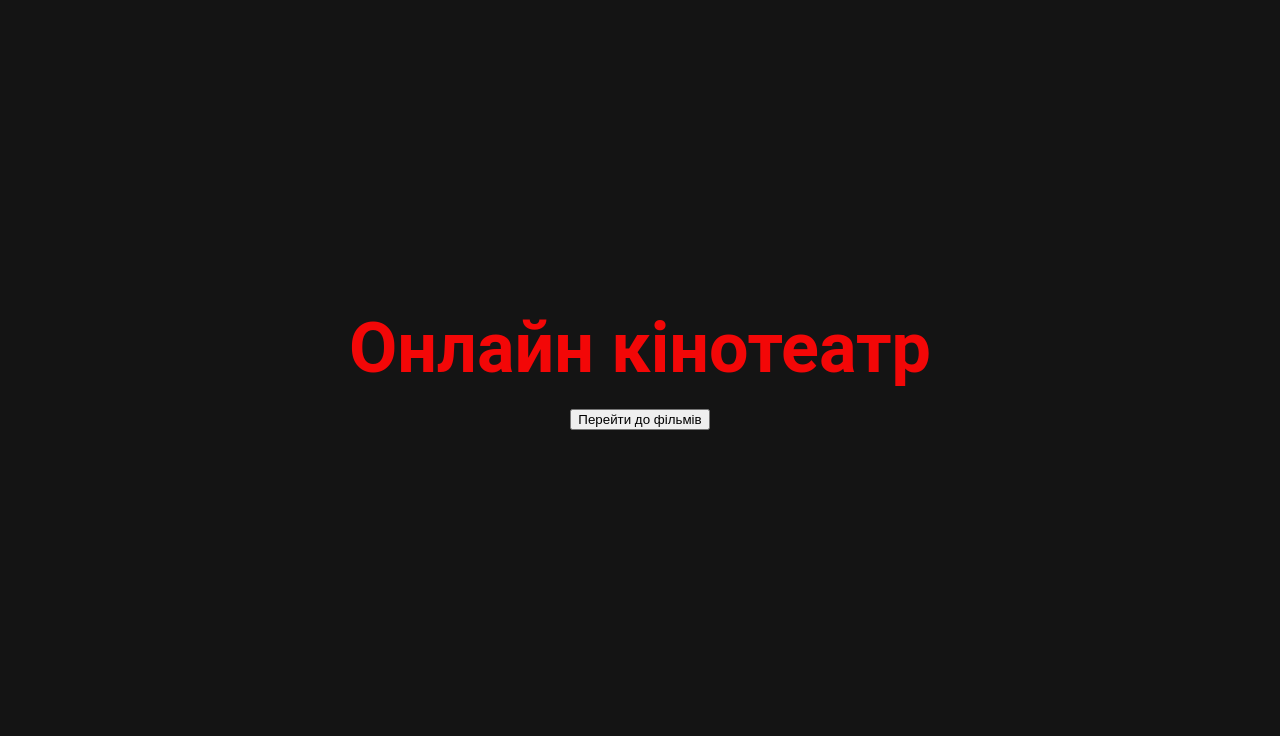
Repository: Heesemachine/VUEProject
Page: / (app in Vue/)
An editor plug-in stored every save of this project. The page is shown before and after the next save, followed by the edit.
The browser window is 1280 px wide. The pictures show the whole page.
The project was rebuilt for these pictures with package versions that can differ from the ones it lists, and the page was loaded fresh each time. Also part of the build but not shown: Vue/vue.config.js, Vue/src/components/FilmCard.vue, Vue/src/mocks/films.js, Vue/src/pages/AllFilmsPage.vue, Vue/src/pages/FilmPage.vue, Vue/src/components/MainHeader.vue, Vue/src/pages/FilmsLayout.vue, Vue/src/pages/NotFoundPage.vue.

Above is the page before, as saved 2022-11-06 22:52:00.

After the next save:
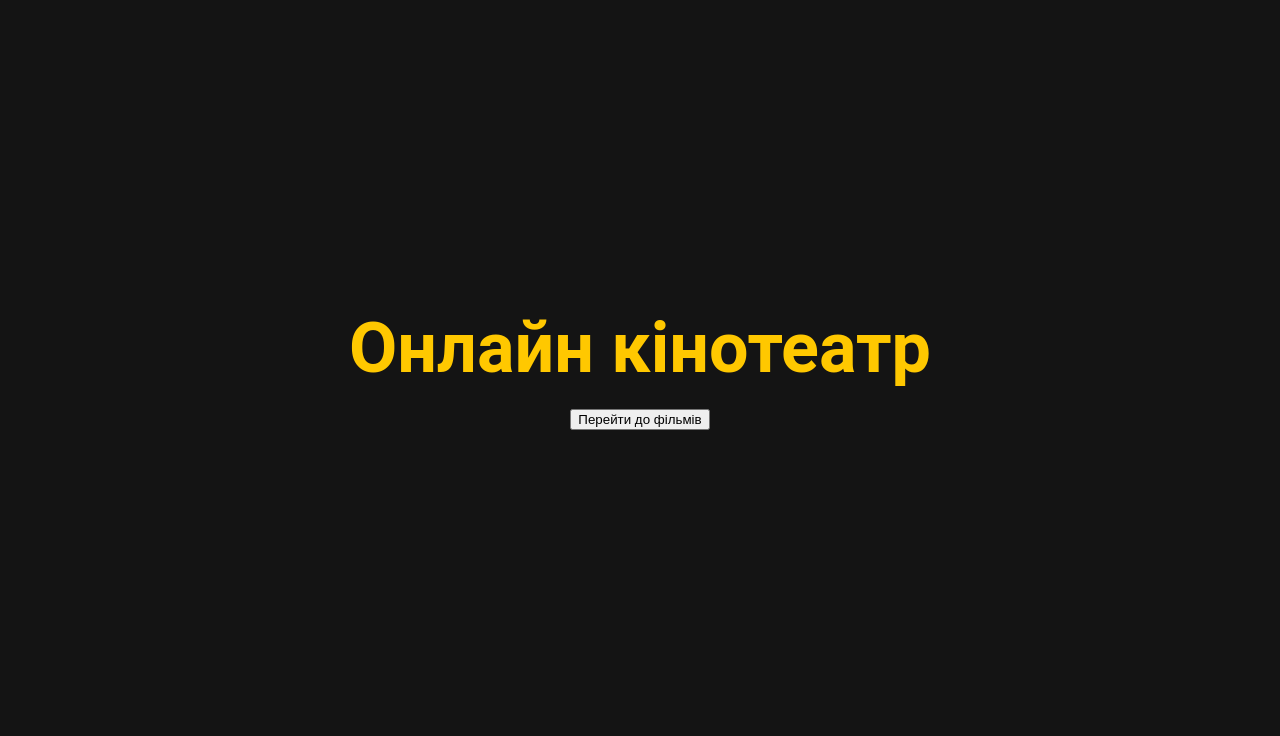
Saved 6 s later.
--- a/Vue/src/assets/styles/MainPage.scss
+++ b/Vue/src/assets/styles/MainPage.scss
@@ -5,7 +5,7 @@
     align-items: center;
     min-height: 100vh;
     h1 {
-      color: #f30707;
+      color: #ffc800;
       font-size: 70px;
       margin-bottom: 20px;
     }
